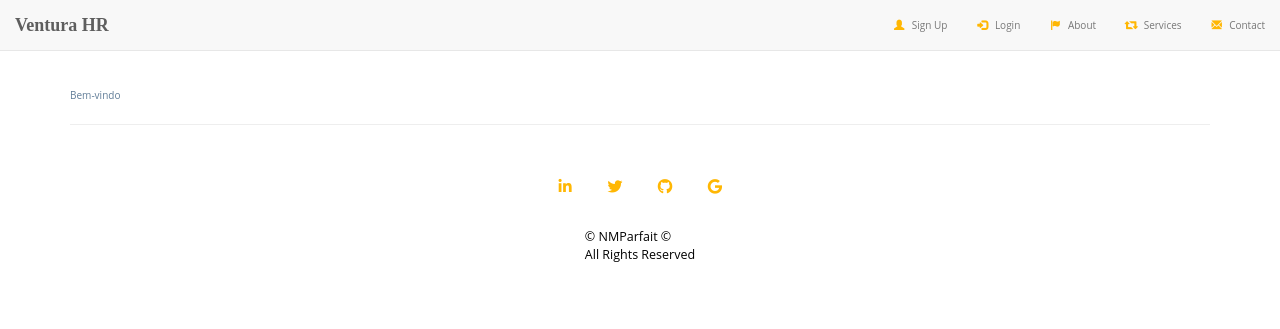
Repository: nmparfait/HumanResources-Ventura
Page: http://localhost/venturaWeb/WEB-INF/jsp/candidato/home.jsp
The author's editor kept a copy of each file at every save. The page is drawn from the files as they stood at one save, then again after the next save.
The browser window is 1280 px wide. The pictures show the whole page.
Some web fonts or font styles are not loaded; a fallback is used. Some web libraries are served in a nearby version. The page is served by Tomcat 9. Nobody is signed in. Other server files are loaded and not shown. The template is opened directly, without the code that normally fills it, so the values that code supplies are empty.

Above is the page before, as saved 2021-09-27 21:43:23.

### venturaWeb/src/main/webapp/WEB-INF/jsp/candidato/home.jsp
<%@ taglib uri="http://java.sun.com/jsp/jstl/core" prefix="c" %>
<%@ page contentType="text/html;charset=UTF-8" language="java" %>
<!DOCTYPE html>
<html>
	<head>
	    <title>VENTURA | User Page</title>
	    <meta charset="utf-8">
	    <meta name="viewport" content="width=device-width, initial-scale=1">
	    <link rel="stylesheet" href="https://maxcdn.bootstrapcdn.com/bootstrap/3.4.1/css/bootstrap.min.css">
	    <script src="https://ajax.googleapis.com/ajax/libs/jquery/3.5.1/jquery.min.js"></script>
	    <script src="https://maxcdn.bootstrapcdn.com/bootstrap/3.4.1/js/bootstrap.min.js"></script>
		<!-- google font -->
		<link href="https://fonts.googleapis.com/css2?family=Dancing+Script&display=swap" rel="stylesheet">
		<!-- css links -->
		<link rel="stylesheet" href="css/styles.css">
		<link rel="stylesheet" href="css/login.css" />
		<link rel="stylesheet" href="css/footer.css" />
	</head>
	<body>
		<c:import url="/WEB-INF/jsp/app/menu.jsp"/>

		<div class="container">
		    <div class="page-header">
		    	<h1>Ventura</h1>
		        <p>Bem-vindo ${usuario.nomeCompleto}</p>
		    </div>
		</div>

		<c:import url="/WEB-INF/jsp/app/footer.jsp"/>
	</body>
</html>

### venturaWeb/src/main/webapp/WEB-INF/jsp/app/menu.jsp
<%@ page contentType="text/html;charset=UTF-8" language="java" %>
<%@ taglib uri="http://java.sun.com/jsp/jstl/core" prefix="c"%>
<html>
	<head>
	    <meta charset="UTF-8" />
	    <meta http-equiv="X-UA-Compatible" content="IE=edge" />
	    <meta name="viewport" content="width=device-width, initial-scale=1.0" />
	    <title>VENTURA | Navbar</title>
	    <!-- font awesome -->
	    <link
	      rel="stylesheet"
	      href="https://cdnjs.cloudflare.com/ajax/libs/font-awesome/5.14.0/css/all.min.css"
	    />
	    <!-- google font -->
	    <link href="https://fonts.googleapis.com/css2?family=Dancing+Script&display=swap" rel="stylesheet">
	    <!-- style -->
	    <link rel="stylesheet" href="css/styles.css" />
  	</head>
  	 <body>
  	 	<nav class="navbar navbar-default navbar-fixed-top">
  			<div class="container-fluid">
    			<div class="navbar-header">
      				<a class="navbar-brand font logoVentura" href="http://localhost:8080">Ventura HR</a>
    			</div>
	  	 	<ul class="nav navbar-nav navbar-right">
				<c:if test="${empty usuario}">
				    <li><a href="/usuario"><span class="glyphicon glyphicon-user navSize"></span> Sign Up</a></li>
				    <li><a href="/acesso"><span class="glyphicon glyphicon-log-in navSize"></span> Login</a></li>
				    <li><a href="http://localhost:8080/#about"><span class="glyphicon glyphicon-flag navSize"></span> About</a></li>
				    <li><a href="http://localhost:8080/#service"><span class="glyphicon glyphicon-retweet navSize"></span> Services</a></li>
				    <li><a href="http://localhost:8080/#contact"><span class="glyphicon glyphicon-envelope navSize"></span> Contact</a></li>
			    </c:if>
			    <c:if test="${not empty usuario}">
			    	<li><a href="/logout"><span class="glyphicon glyphicon-log-out"></span>Logout, ${usuario.email}</a></li>
			    </c:if>
			 </ul>
		</nav>
    </body>
   </html>

### venturaWeb/src/main/webapp/WEB-INF/jsp/app/footer.jsp
<%@ page contentType="text/html;charset=UTF-8" language="java" %>
<%@ taglib uri="http://java.sun.com/jsp/jstl/core" prefix="c"%>
<html>
    <head>
        <link rel="stylesheet" href="https://cdnjs.cloudflare.com/ajax/libs/font-awesome/4.7.0/css/font-awesome.min.css">
        <link rel="stylesheet" href="css/footer.css">
        <title>VENTURA | Footer</title>
    </head>
    <body>
        <!-- footer -->
    <footer class="footer">
      <!-- social icons -->
      <ul class="social-icons">
        <li>
          <a href="https://linkedin.com" class="social-icon"
            ><i class="fab fa-linkedin"></i
          ></a>
        </li>
        <li>
          <a href="https://twitter.com" class="social-icon"
            ><i class="fab fa-twitter"></i
          ></a>
        </li>
        <li>
          <a href="https://github.com/nmparfait" class="social-icon"
            ><i class="fab fa-github"></i
          ></a>
        </li>
        <li>
          <a href="https://google.com" class="social-icon"
            ><i class="fab fa-google"></i
          ></a>
        </li>
      </ul>
      <p class="parfait">&copy; <span id="date"></span>   NMParfait &copy;<br>all rights reserved</p>
    </footer>

    </body>
</html>

### venturaWeb/src/main/webapp/css/styles.css
/* details generics
first color : #ffb703
-- second color: #e9edc9

*/
/*
===============
Variables
===============
*/

:root {
  /* dark shades of primary color*/
  --clr-primary-1: hsl(43, 86%, 17%);
  --clr-primary-2: hsl(43, 77%, 27%);
  --clr-primary-3: hsl(43, 72%, 37%);
  --clr-primary-4: hsl(42, 63%, 48%);
  /* primary/main color */
  --clr-primary-5: hsl(42, 78%, 60%);
  /* lighter shades of primary color */
  --clr-primary-6: hsl(43, 89%, 70%);
  --clr-primary-7: hsl(43, 90%, 76%);
  --clr-primary-8: hsl(45, 86%, 81%);
  --clr-primary-9: hsl(45, 90%, 88%);
  --clr-primary-10: hsl(45, 100%, 96%);
  /* darkest grey - used for headings */
  --clr-grey-1: hsl(209, 61%, 16%);
  --clr-grey-2: hsl(211, 39%, 23%);
  --clr-grey-3: hsl(209, 34%, 30%);
  --clr-grey-4: hsl(209, 28%, 39%);
  /* grey used for paragraphs */
  --clr-grey-5: hsl(210, 22%, 49%);
  --clr-grey-6: hsl(209, 23%, 60%);
  --clr-grey-7: hsl(211, 27%, 70%);
  --clr-grey-8: hsl(210, 31%, 80%);
  --clr-grey-9: hsl(212, 33%, 89%);
  --clr-grey-10: hsl(210, 36%, 96%);
  --clr-white: #fff;
  --ff-primary: 'Roboto', sans-serif;
  --ff-secondary: 'Open Sans', sans-serif;
  --transition: all 0.3s linear;
  --spacing: 0.25rem;
  --radius: 0.5rem;
  --light-shadow: 0 5px 15px rgba(0, 0, 0, 0.1);
  --dark-shadow: 0 5px 15px rgba(0, 0, 0, 0.2);
  --max-width: 1170px;
}
/*
===============
Global Styles
===============
*/

*,
::after,
::before {
  margin: 0;
  padding: 0;
  box-sizing: border-box;
}
body {
  font-family: var(--ff-secondary);
  background: var(--clr-white);
  color: var(--clr-grey-1);
  line-height: 1.5;
  font-size: 0.875rem;
}
ul {
  list-style-type: none;
}
a {
  text-decoration: none;
}
img:not(.nav-logo) {
  width: 100%;
  display: block;
}

h1,
h2,
h3,
h4 {
  letter-spacing: var(--spacing);
  text-transform: capitalize;
  line-height: 1.25;
  margin-bottom: 0.75rem;
  font-family: var(--ff-primary);
}
h1 {
  font-size: 3rem;
}
h2 {
  font-size: 2rem;
}
h3 {
  font-size: 1.25rem;
}
h4 {
  font-size: 0.875rem;
}
p {
  margin-bottom: 1.25rem;
  color: var(--clr-grey-5);
}
@media screen and (min-width: 800px) {
  h1 {
    font-size: 4rem;
  }
  h2 {
    font-size: 2.5rem;
  }
  h3 {
    font-size: 1.75rem;
  }
  h4 {
    font-size: 1rem;
  }
  body {
    font-size: 1rem;
  }
  h1,
  h2,
  h3,
  h4 {
    line-height: 1;
  }
}
/*  global classes */

.btn {
  text-transform: uppercase;
  background: #ffb703;
  color: var(--clr-primary-1);
  padding: 0.375rem 0.75rem;
  letter-spacing: var(--spacing);
  display: inline-block;
  font-weight: 700;
  transition: var(--transition);
  font-size: 0.875rem;
  border: 2px solid transparent;
  cursor: pointer;
  box-shadow: 0 1px 3px rgba(0, 0, 0, 0.2);
  border-radius: var(--radius);
}
.btn:hover {
  color: var(--clr-primary-1);
  background: var(--clr-primary-7);
}
/* section */
.section {
  padding: 5rem 2rem;
}

.section-center {
  width: 90vw;
  margin: 0 auto;
  max-width: 1170px;
}

.contact {
  background: #fffcfc;
  min-height: 100vh;
}
@media screen and (min-width: 992px) {
  .section-center {
    width: 95vw;
  }
}

.underline {
  width: 5rem;
  height: 0.25rem;
  margin-bottom: 1.25rem;
  background: var(--clr-primary-5);
  margin-left: auto;
  margin-right: auto;
}

.section-title {
  margin-bottom: 4rem;
  text-align: center;
}

.bg-grey {
  background: var(--clr-grey-9);
}

.glyphicon {
	color:  #ffb703;
}

.navSize {
	width: 15px;
	font-weight: 600;
}

.logoVentura {
	font-weight: 900;
	color : #000;
}

/* added during recording */

/*
===============
Sidebar
===============
*/

.sidebar {
  position: fixed;
  top: 0;
  left: 0;
  width: 100%;
  height: 100%;
  background: var(--clr-grey-10);
  z-index: 4;
  display: grid;
  /* align-items: center;
  justify-content: center; */
  place-items: center;
  transition: var(--transition);

  /* add later */
  transform: translateX(-100%);
}

/* toggle sidebar */
.show-sidebar {
  transform: translateX(0);
}

.sidebar-links {
  text-align: center;
}

.sidebar-links a {
  font-size: 2rem;
  text-transform: capitalize;
  transform: var(--transition);
  color: var(--clr-grey-5);
  letter-spacing: var(--spacing);
  display: inline-block;
  margin-bottom: 1.5rem;
}

.sidebar-links a:hover {
  color: var(--clr-primary-5);
}

.social-icons {
  display: grid;
  margin-top: 3rem;
  width: 20rem;
  grid-template-columns: repeat(4, 1fr);
  justify-items: center;
}

.social-icon {
  font-size: 1.5rem;
  color: var(--clr-grey-1);
  transition: var(--transition);
}

.social-icon:hover {
  color: var(--clr-primary-5);
}

.close-btn {
  position: absolute;
  top: 1rem;
  right: 1rem;
  font-size: 3rem;
  background: transparent;
  border: transparent;
  transition: var(--transition);
  color: #bb2525;
  cursor: pointer;
}

.close-btn:hover {
  color: #e66b6b;
}


/* end of details*/


.font {
	font-family: 'Dancing Script', cursive;
	background-color: #ffb703;
}

/*
===============
Connect
===============
*/

.connect {
  min-height: 40vh;
  position: relative;
  padding: 10rem 0 5rem 0;
  margin: 5rem 0;
  -webkit-clip-path: polygon(
    50% 0%,
    100% 10%,
    100% 90%,
    53% 100%,
    49% 100%,
    0 90%,
    0 10%
  );
  clip-path: polygon(
    50% 0%,
    100% 10%,
    100% 90%,
    53% 100%,
    49% 100%,
    0 90%,
    0 10%
  );
}
.video-container {
  position: absolute;
  top: 0;
  left: 0;
  width: 100%;
  height: 100%;
  -o-object-fit: cover;
  object-fit: cover;
  z-index: -2;
}

.connect::after {
  content: '';
  position: absolute;
  top: 0;
  left: 0;
  width: 100%;
  height: 100%;
  /* background: var(--clr-white); */
  /* background: var(--clr-primary-5); */
  background: rgba(0, 0, 0, 0.6);
  opacity: 0.7;
  z-index: -1;
}
.connect {
  display: grid;
  place-items: center;
}

.video-banner .section-title {
  margin-bottom: 2rem;
}

.video-text {
  max-width: 30rem;
}

.video-banner {
  background: #e9edc9;
  padding: 3rem 5rem 12rem 5rem;
  text-align: center;
  -webkit-clip-path: polygon(
    0% 0%,
    100% 0%,
    100% 75%,
    75% 75%,
    75% 100%,
    50% 75%,
    0% 75%
  );
  clip-path: polygon(
    0% 0%,
    100% 0%,
    100% 75%,
    75% 75%,
    75% 100%,
    50% 75%,
    0% 75%
  );
}

/*
===============
About
===============
*/

/*
===============
Hero
===============
*/
.hero .underline {
  margin-bottom: 0.5rem;
  margin-left: 0;
}

.hero-img {
  display: none;
}

.hero {
  background: var(--clr-primary-10);
}
.hero-center {
  min-height: calc(100vh - 5rem);
  display: grid;
  place-items: center;
}

.hero-info h4 {
  color: var(--clr-grey-5);
}

.hero-icons {
  justify-items: start;
}

.hero-btn {
  margin-top: 1.25rem;
}

.hero-photo {
  max-width: 25rem;
  max-height: 30rem;
  -o-object-fit: cover;
  object-fit: cover;
  border-radius: var(--radius);
  position: relative;
}

@media screen and (min-width: 776px) {
  .hero-img {
    display: block;
    position: relative;
  }

  .hero-center {
    display: grid;
    grid-template-columns: 1fr 1fr;
  }
}

.hero-img::before,
.about-img::before {
  content: '';
  position: absolute;
  width: 100%;
  height: 100%;
  border: 0.25rem solid var(--clr-primary-5);
  top: 2rem;
  right: -2rem;
  border-radius: var(--radius);
}

/* section title added to globals */
.about-title {
  text-align: left;
  margin-bottom: 2rem;
}

.about-title .underline {
  margin-left: 0;
}

.about-center {
  display: grid;
  gap: 3rem 2rem;
}

.about-img {
  position: relative;
}

.about-img::before {
  left: -2rem;
}

.about-img {
  justify-self: center;
}

@media screen and (min-width: 776px) {
  .about-center {
    display: grid;
    grid-template-columns: 1fr 1fr;
  }
}

@media screen and (min-width: 992px) {
  .about-center {
    grid-template-columns: 1fr 1fr;
  }

  .about-img {
    position: relative;
  }

  .about-img::before {
    left: -2rem;
  }
}

.hero-photo {

}

/* Services*/

/*
===============
Services
===============
*/

.service {
  background: var(--clr-white);
  padding: 3rem 1.5rem;
  margin-bottom: 2rem;
  border-radius: var(--radius);
  text-align: center;
  transition: var(--transition);
}

.service-icon {
  font-size: 2rem;
  margin-bottom: 1.5rem;
}

.service .underline {
  width: 3rem;
  height: 0.12rem;
  transition: var(--transition);
}

.service p {
  transition: var(--transition);
}
.service:hover {
  background: var(--clr-primary-5);
  color: var(--clr-white);
}

.service:hover p {
  color: var(--clr-white);
}

.service:hover .underline {
  background: var(--clr-white);
}

@media screen and (min-width: 676px) {
  .services-center {
    display: grid;
    grid-template-columns: 1fr 1fr;
    -moz-column-gap: 2rem;
    column-gap: 2rem;
  }
}

@media screen and (min-width: 992px) {
  .services-center {
    grid-template-columns: repeat(3, 1fr);
  }
}

/* CONTACT*/
/* section */
.section {
  padding: 5rem 2rem;
}

.section-center {
  width: 90vw;
  margin: 0 auto;
  max-width: 1170px;
}

.contact {
  background: #fefae0;
  min-height: 50vh;
}
@media screen and (min-width: 992px) {
  .section-center {
    width: 85vw;
  }
}

/*LOGIN PAGE*/


.loginPage {

	margin-top: 50px;
}

### venturaWeb/src/main/webapp/css/login.css
body {
    margin: 0;
    padding: 0;
    font-family: sans-serif;
    background: #34495e;
    color: #fff !important;

}

.box {
    width: 450px;
    padding: 40px;
    position: absolute;
    top: 50%;
    left: 50%;
    transform: translate(-50%, -50%);
    background: #191919;
    text-align: center;
    border-radius: 15%;
}

.box h1 {
    color: white;
    text-transform: uppercase;
    font-weight: 500;
}

.box input[type="text"],
.box input[type="password"] {
    border: 0;
    background: none;
    display: block;
    margin: 20px auto;
    text-align: center;
    border: 2px solid #ffb703;
    padding: 14px 10px;
    width: 200px;
    outline: none;
    color: white;
    border-radius: 24px;
    transition: 0.25s
}

.box input[type="text"]:focus,
.box input[type="password"]:focus {
    width: 280px;
    border-color: #ffb703;
}

.box input[type="submit"] {
     border: 0;
    background: none;
    display: block;
    margin: 20px auto;
    text-align: center;
    border: 2px solid #ffb703;
    padding: 14px 40px;
    outline: none;
    color: white;
    border-radius: 24px;
    transition: 0.25s;
    cursor: pointer;
}

.box input[type="submit"]:hover {
    background: #e9edc9;
    color: #000;
}

### venturaWeb/src/main/webapp/css/footer.css
/*
===============
Footer
===============
*/

.footer {
  padding-bottom: 2rem;
  display: grid;
  place-items: center;
  background: #fff;
}

.footer .social-icons {
  margin-bottom: 2rem;
}

.footer .social-icon {
  color: #ffb703;
}

.footer .social-icon:hover {
  color: #000;
}
.footer p {
  color: #000000;
  font-size: 1.25rem;
  text-transform: capitalize;
}

.parfait {
	margin: 10px;
}

/*
===============
Single Page
===============
*/

After the next save:
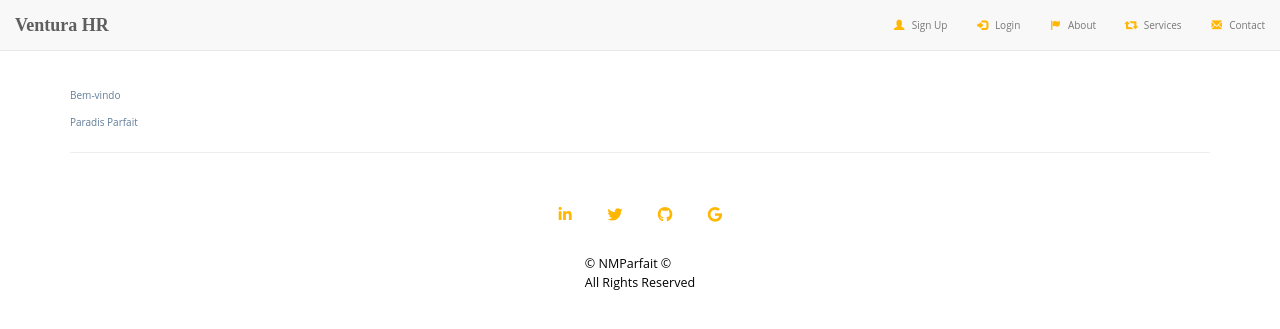
Saved 21 s later.
--- a/venturaWeb/src/main/webapp/WEB-INF/jsp/candidato/home.jsp
+++ b/venturaWeb/src/main/webapp/WEB-INF/jsp/candidato/home.jsp
@@ -23,6 +23,7 @@
 		    <div class="page-header">
 		    	<h1>Ventura</h1>
 		        <p>Bem-vindo ${usuario.nomeCompleto}</p>
+		        <p>Paradis Parfait</p>
 		    </div>
 		</div>
 
